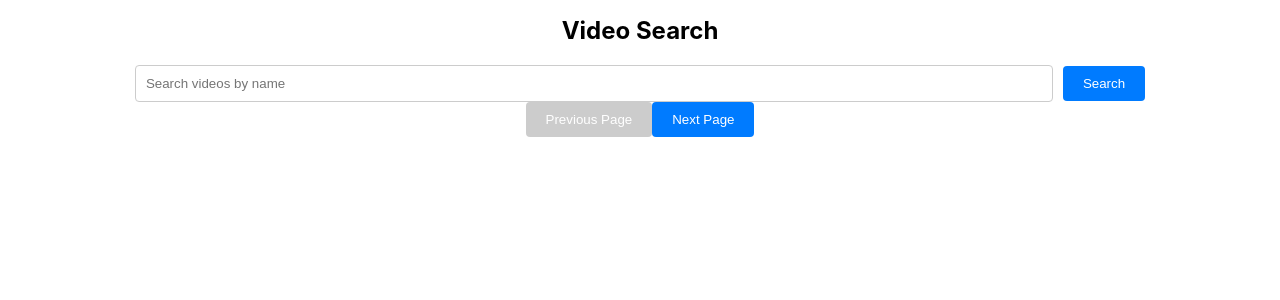
Repository: LolaSL/video-search
Page: /
An editor plug-in stored every save of this project. The page is shown before and after the next save, followed by the edit.
The browser window is 1280 px wide. The pictures show the whole page.
The project was rebuilt for these pictures with package versions that can differ from the ones it lists, and the page was loaded fresh each time.

Above is the page before, as saved 2023-08-12 13:00:37.

After the next save:
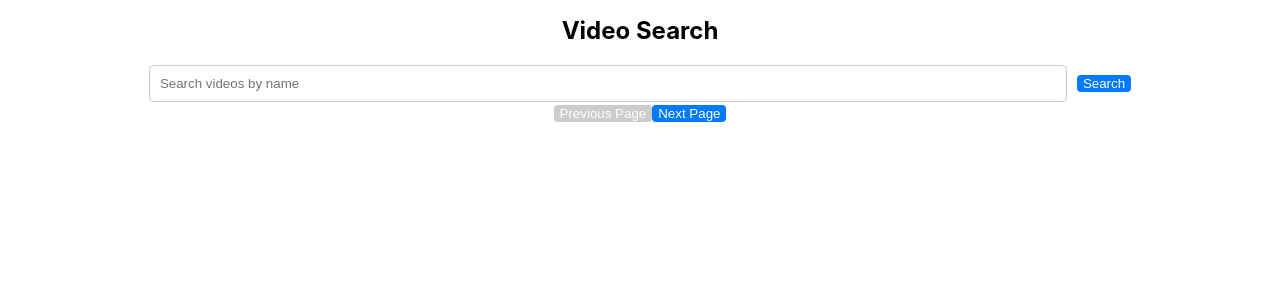
Saved 18 s later.
--- a/src/App.css
+++ b/src/App.css
@@ -25,6 +25,7 @@ input[type="text"] {
 }
 
 button {
+  mar
   padding: 10px 20px;
   background-color: #007bff;
   color: #fff;
